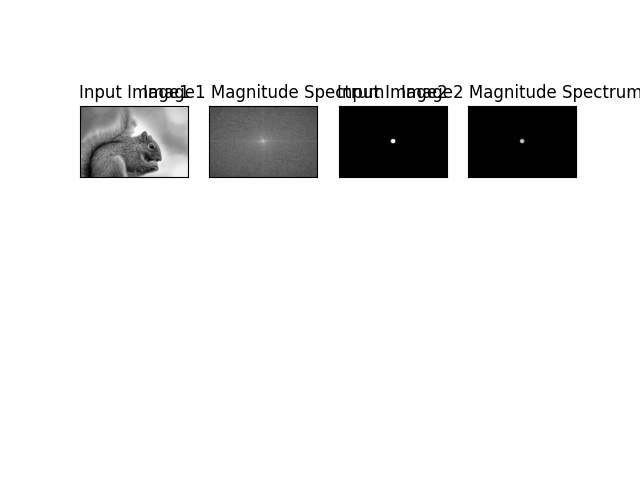
Repository: Yuer-yuan/CV
Script's output: python lab1-hybrid-image/gui/fft.py
These files come from the project's save history. The script's output is drawn as it stood at one moment and after a run of saves; the edit follows.
Random numbers start from a fixed seed. It also reads lab1-hybrid-image/gui/res/bunny1.png, lab1-hybrid-image/gui/res/squirrel1.png.

Above is the script's output before, as saved 2023-03-26 19:45:40.

After the next 2 saves:
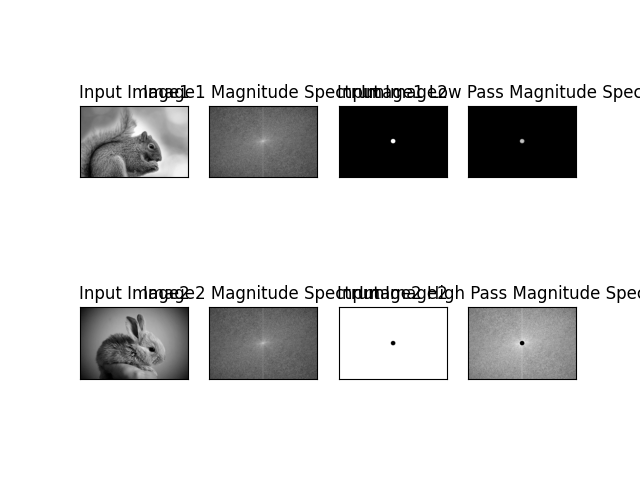
The 2 saves are shown as one change because 1 did not build or start.
The last was saved 6 min 7 s later.
--- a/lab1-hybrid-image/gui/fft.py
+++ b/lab1-hybrid-image/gui/fft.py
@@ -60,17 +60,22 @@ def spectral_hybrid_image(image1, image2, d1, d2):
     f1_filtered_ifft = np.fft.ifft2(f1_filtered_shift)
     f2_filtered_ifft = np.fft.ifft2(f2_filtered_shift)
 
-    magnitude1 = np.log1p(np.abs(f1shift))
-    magnitude2 = np.log1p(np.abs(f2shift))
-
     plt.subplot(241), plt.imshow(image1, cmap='gray')
     plt.title('Input Image1'), plt.xticks([]), plt.yticks([])
-    plt.subplot(242), plt.imshow(magnitude1, cmap='gray')
+    plt.subplot(242), plt.imshow(np.log1p(np.abs(f2shift)), cmap='gray')
     plt.title('Image1 Magnitude Spectrum'), plt.xticks([]), plt.yticks([])
     plt.subplot(243), plt.imshow(h1, cmap='gray')
     plt.title('Input Image2'), plt.xticks([]), plt.yticks([])
     plt.subplot(244), plt.imshow(np.log1p(np.abs(f1_filtered)), cmap='gray')
+    plt.title('Image1 Low Pass Magnitude Spectrum'), plt.xticks([]), plt.yticks([])
+    plt.subplot(245), plt.imshow(image2, cmap='gray')
+    plt.title('Input Image2'), plt.xticks([]), plt.yticks([])
+    plt.subplot(246), plt.imshow(np.log1p(np.abs(f2shift)), cmap='gray')
     plt.title('Image2 Magnitude Spectrum'), plt.xticks([]), plt.yticks([])
+    plt.subplot(247), plt.imshow(h2, cmap='gray')
+    plt.title('Input Image2'), plt.xticks([]), plt.yticks([])
+    plt.subplot(248), plt.imshow(np.log1p(np.abs(f2_filtered)), cmap='gray')
+    plt.title('Image2 High Pass Magnitude Spectrum'), plt.xticks([]), plt.yticks([])
     plt.show()
 
 
